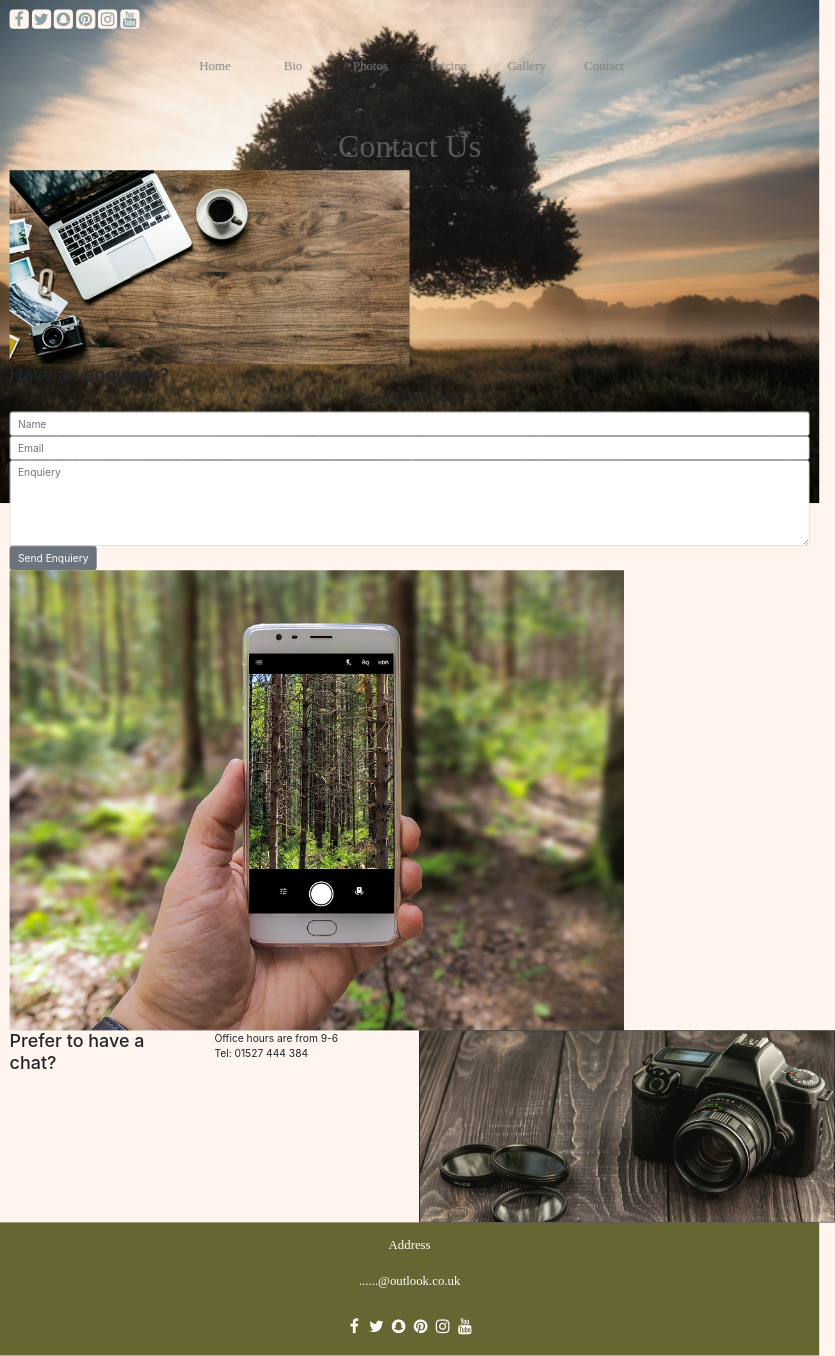
Repository: elizabeth24602/LoaderMedia
Page: contact.html
The author's editor kept a record of every edit. The page is drawn from the files as they stood at one moment, then again after the next edit.
The browser window is 1280 px wide. The page is 1305 px wide, so the pictures cover 1305 px, including what lies to the right of the window. The pictures show the whole page, at 64% of full size.
Some web fonts or font styles are not loaded; a fallback is used.

Above is the page before.
Console error: ReferenceError: emailjs is not defined
Not found: Assests/images/

After the next edit:
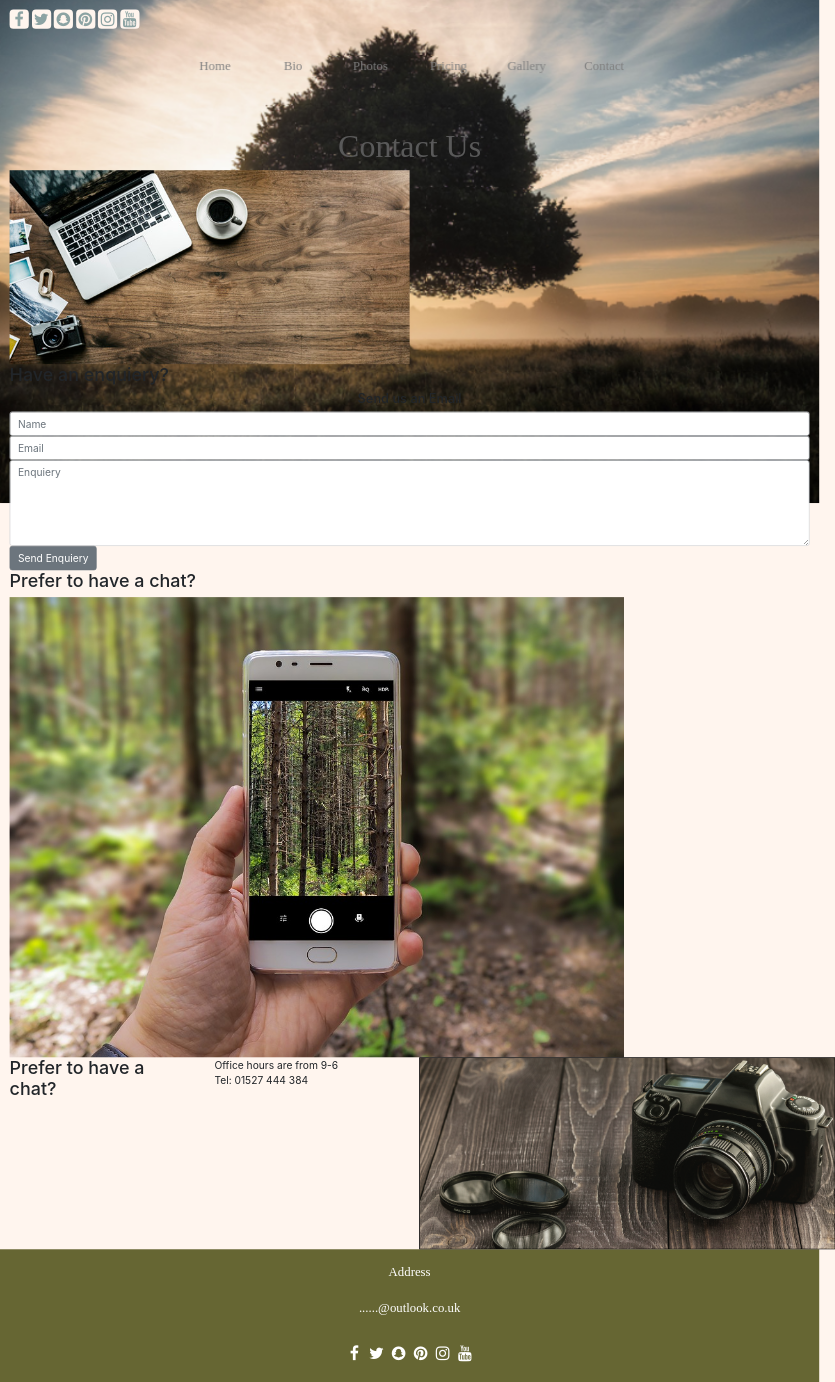
The edit:
--- a/contact.html
+++ b/contact.html
@@ -133,6 +133,9 @@
                 </form>
             </div>
         <div class="col-sm-12">
+            <h3 class="chat">Prefer to have a chat?</h3>
+           </div>
+        <div class="col-sm-12">
             <img class="phone" src="Assests/images/phone.jpg" alt="phone"></img>
         </div>
         <div class="col-sm-3">
